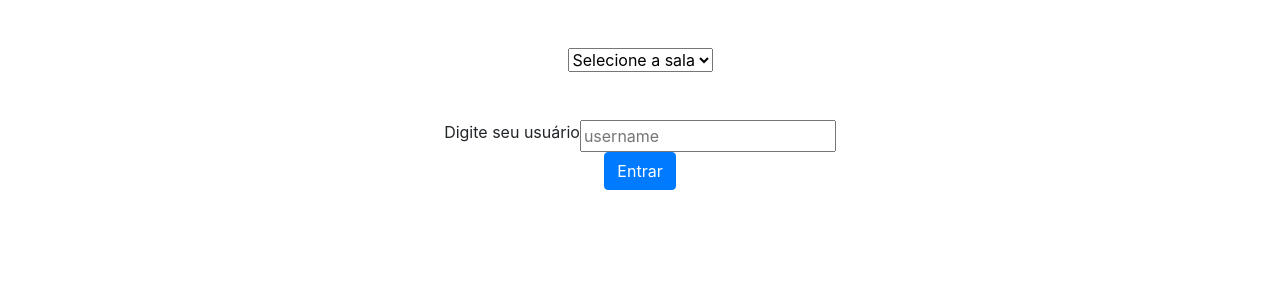
Repository: andre06x/chat-scoketio
Page: / (app in front/)
The author's editor kept a copy of each file at every save. The page is drawn from the files as they stood at one save, then again after the next save.
The browser window is 1280 px wide. The pictures show the whole page.
The page's requests for data from a server got no answer. The project was rebuilt for these pictures with package versions that can differ from the ones it lists, and the page was loaded fresh each time. No one was signed in, and anything a server would have sent is missing. Also part of the build but not shown: front/vite.config.js, front/src/chat.js.

Above is the page before, as saved 2022-05-16 11:02:03.

### front/index.html
<!DOCTYPE html>
<html lang="en">
  <head>
    <meta charset="UTF-8" />
    <link rel="icon" type="image/svg+xml" href="/src/favicon.svg" />
    <meta name="viewport" content="width=device-width, initial-scale=1.0" />
    <link rel="stylesheet" href="https://cdn.jsdelivr.net/npm/bootstrap@4.6.1/dist/css/bootstrap.min.css" integrity="sha384-zCbKRCUGaJDkqS1kPbPd7TveP5iyJE0EjAuZQTgFLD2ylzuqKfdKlfG/eSrtxUkn" crossorigin="anonymous">

    <title>Vite App</title>
  </head>
  <body>
    <div id="root"></div>
    <script type="module" src="/src/main.jsx"></script>
  </body>
</html>

### front/src/App.jsx
import { useEffect, useState } from 'react'
import logo from './logo.svg'
import './App.css'
import { Rotas } from "./routes"


function App() {
  return (
    <Rotas/>
  )
}

export default App

### front/src/routes.js
import {
  BrowserRouter,
  Routes,
  Route,
} from "react-router-dom";
import React from 'react';

import { Home } from './index';
import { Chat } from './chat';

const Rotas = () => {
  return (
    <BrowserRouter>
      <Routes>
        <Route path="/" element={<Home />} />
        <Route path="chat/:sala/:user" element={<Chat />} />
      </Routes>
    </BrowserRouter>
  )
}
export { Rotas }

### front/src/index.jsx
import React, { useEffect } from 'react';
import socketIOClient from "socket.io-client";
const ENDPOINT = "http://127.0.0.1:5000";;
import axios from 'axios';
const Home = () => {

  useEffect(() => {
    const socket = socketIOClient(ENDPOINT);
    socket.on("teste", data => {
      console.log(data)
    });

    const get = async  () => {
      const { data } = await axios.get("http://localhost:5000/teste");
      console.log(data)
    }

    get();
  }, []);

  return (
    <div class="container d-flex flex-column align-items-center">
      <div class="row m-5">
        <select name="select_room" id="select_room">
          <option value="-1">Selecione a sala</option>
          <option value="node">Node</option>
          <option value="java">Java</option>
          <option value="reactjs">ReactJS</option>
          <option value="elixir">Elixir</option>
        </select>
      </div>

      <div class="row">
        <label class="form-label">Digite seu usuário</label>
        <input type="text" name="username" placeholder="username"/>
      </div>

      <div class="row">
        <button type="submit" class="btn btn-primary mb-3">Entrar</button>
      </div>

    </div>
  )
}

export { Home }

Loaded but not shown: front/src/main.jsx (common file); front/src/index.css (common file); front/src/App.css (common file)

After the next save:
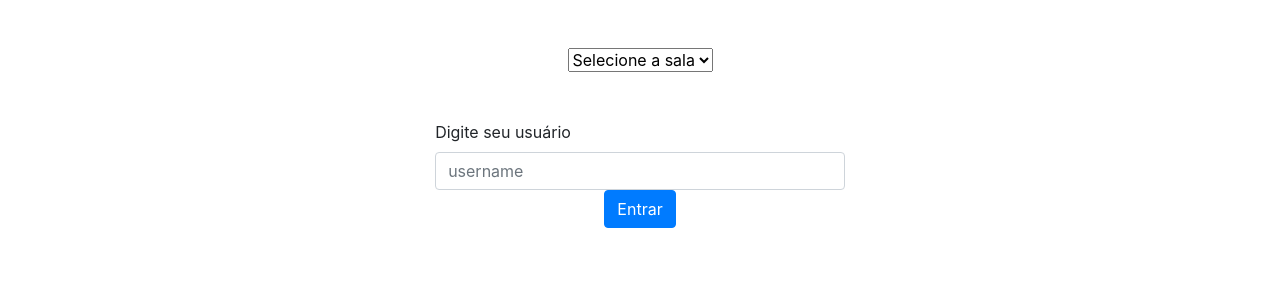
Saved 21 s later.
--- a/front/src/index.jsx
+++ b/front/src/index.jsx
@@ -31,8 +31,8 @@ const Home = () => {
       </div>
 
       <div class="row">
-        <label class="form-label">Digite seu usuário</label>
-        <input type="text" name="username" placeholder="username"/>
+        <label className="form-label">Digite seu usuário</label>
+        <input type="text"className="form-control"  name="username" placeholder="username"/>
       </div>
 
       <div class="row">
